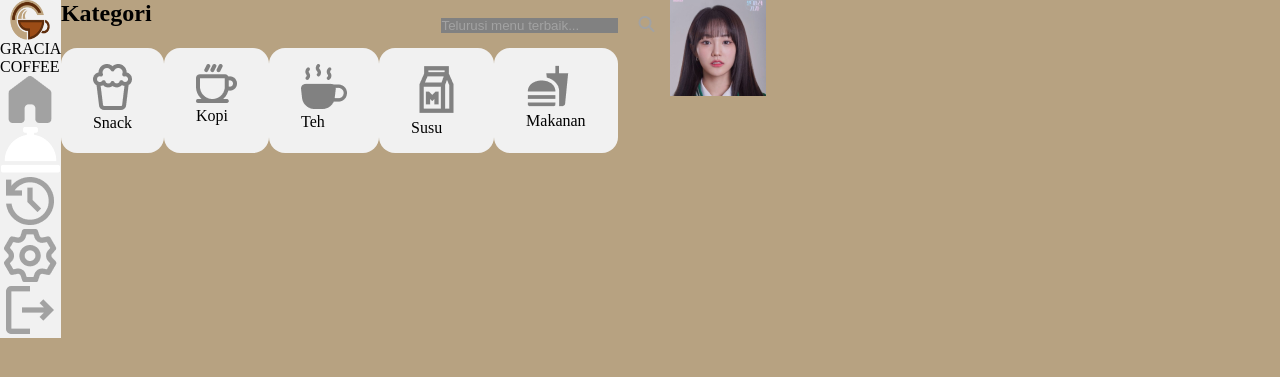
Repository: DanielChuaaa/sbd2
Page: index.html
The author's editor kept a copy of each file at every save. The page is drawn from the files as they stood at one save, then again after the next save.
The browser window is 1280 px wide. The pictures show the whole page.
Some web libraries are served in a nearby version.

Above is the page before, as saved 2023-10-20 10:41:18.

After the next save:
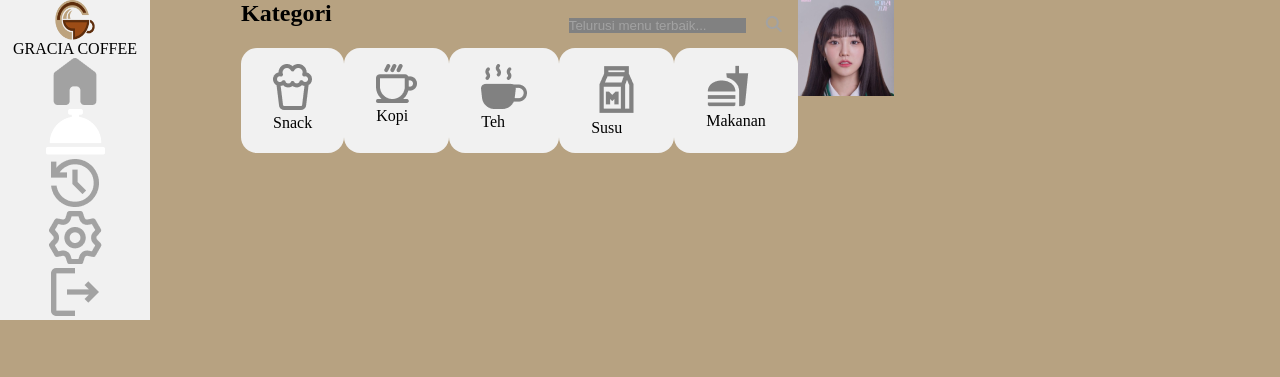
Saved 8 s later.
--- a/style.css
+++ b/style.css
@@ -26,7 +26,7 @@ body{
 
 .grid-wrapper{
     display: grid;
-    grid-template-columns: 0.1fr 1fr 1fr;
+    grid-template-columns: 0.5fr 1fr 1fr;
 }
 
 .icon{
